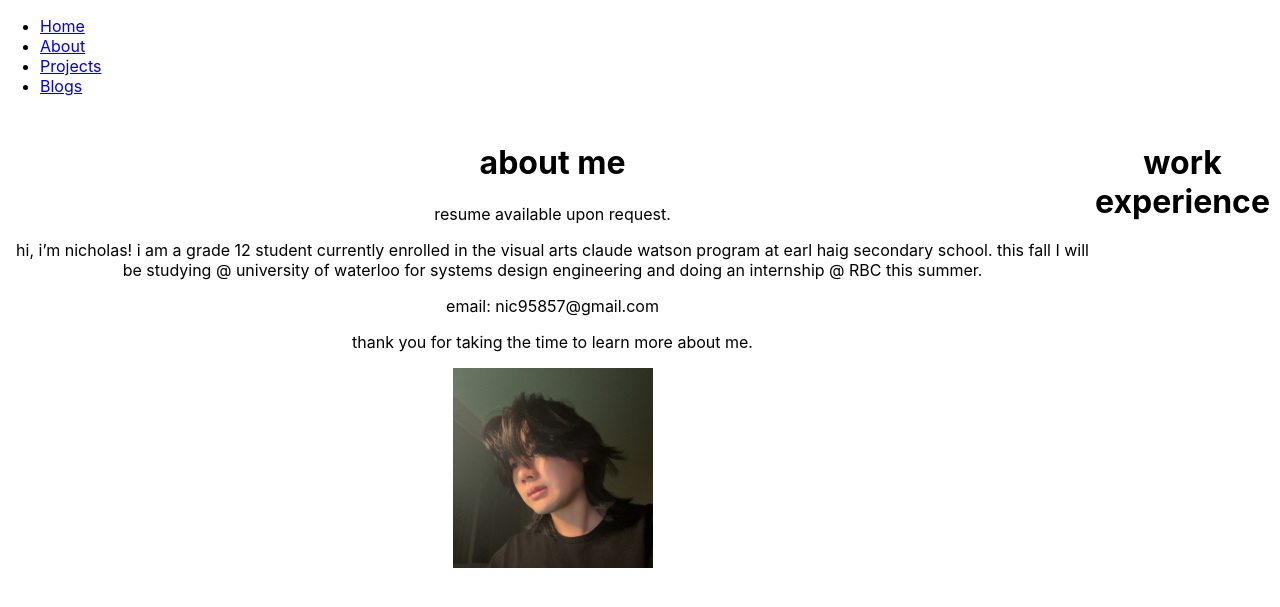
Repository: nicholaschen09/personalWebsite
Page: /about
The author's editor kept a copy of each file at every save. The page is drawn from the files as they stood at one save, then again after the next save.
The browser window is 1280 px wide. The pictures show the whole page.
The project was rebuilt for these pictures with package versions that can differ from the ones it lists, and the page was loaded fresh each time. Also part of the build but not shown: src/components/Home.css, src/components/Home.js, src/components/Projects.css, src/components/Projects.js, src/components/Blog.css, src/components/Blog.js, src/components/Miscellaneous.css, src/components/Miscellaneous.js and 4 more.

Above is the page before, as saved 2024-05-23 13:10:57.

After the next save:
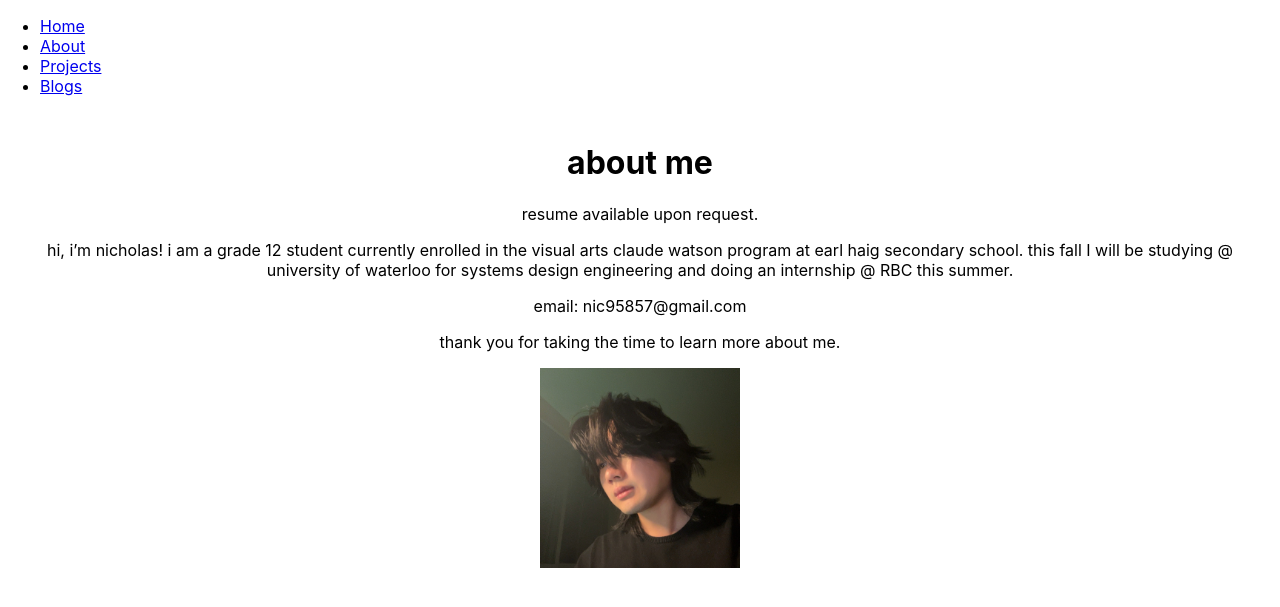
Saved 27 s later.
--- a/src/components/About.js
+++ b/src/components/About.js
@@ -14,9 +14,6 @@ const About = () => {
             <p>thank you for taking the time to learn more about me.</p>
             <img src={process.env.PUBLIC_URL + '/file.jpg'}alt="profilePic" className="profilePic" />
             </div>
-            <div className="column">
-            <h1>work experience</h1>
-            </div>
 
             </div>
 
